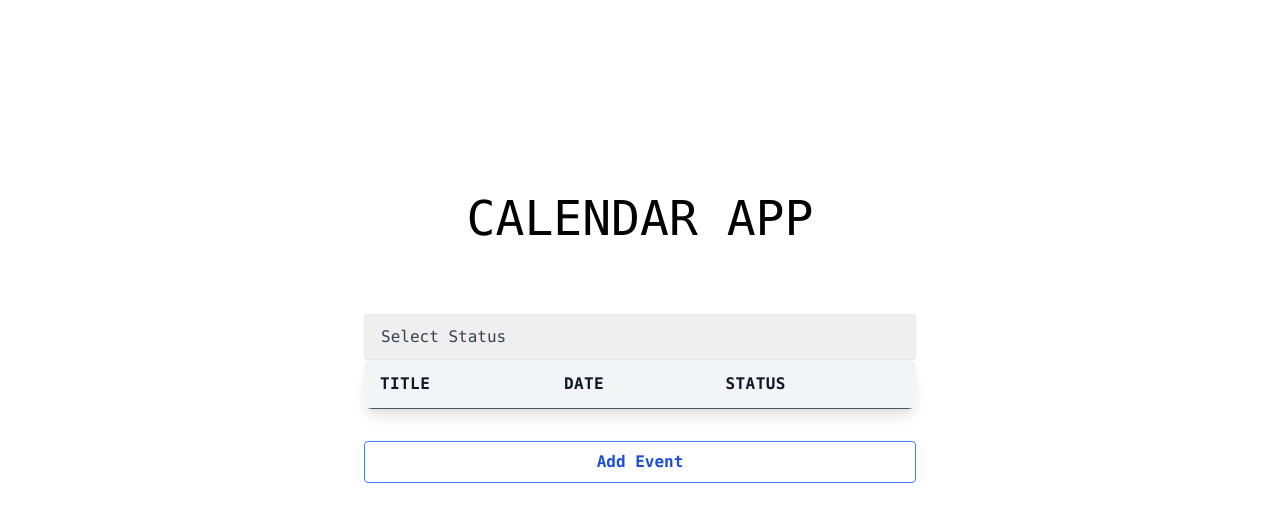
Repository: maikeru-desu/parking-lot
Page: / (app in parking-lot-fe/)
These files come from the project's save history. The page is drawn as it stood at one moment and after a run of saves; the edit follows.
The browser window is 1280 px wide. The pictures show the whole page.
The page's requests for data from a server got no answer. The project was rebuilt for these pictures with package versions that can differ from the ones it lists, and the page was loaded fresh each time. No one was signed in, and anything a server would have sent is missing. Also part of the build but not shown: parking-lot-fe/craco.config.js, parking-lot-fe/src/pages/Add.js, parking-lot-fe/src/pages/Edit.js.

Above is the page before, as saved 2021-10-14 08:25:12.

After the next 2 saves:
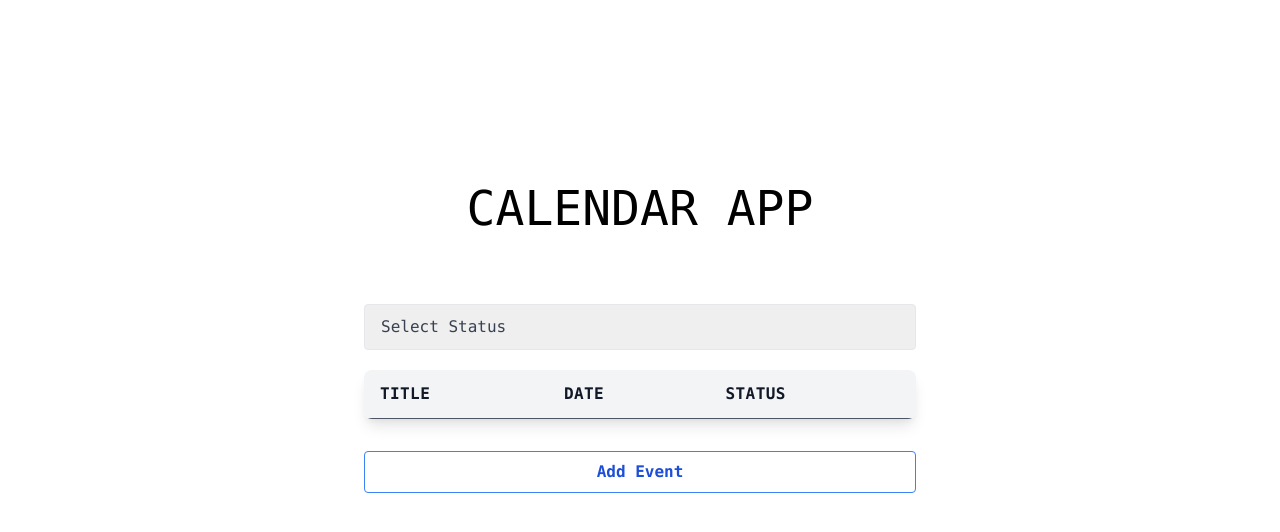
The 2 saves are shown as one change because they came seconds apart.
The last was saved 14 s later.
--- a/parking-lot-fe/src/pages/Home.js
+++ b/parking-lot-fe/src/pages/Home.js
@@ -26,7 +26,7 @@ const Home = () => {
                     name="status"
                     // value={status}
                     // onChange={handleChange}
-                    className="col-span-4 block appearance-none w-full border border-gray-200 text-gray-700 py-3 px-4 pr-8 rounded leading-tight focus:outline-none focus:bg-white focus:border-gray-500">
+                    className="mb-5 col-span-4 block appearance-none w-full border border-gray-200 text-gray-700 py-3 px-4 pr-8 rounded leading-tight focus:outline-none focus:bg-white focus:border-gray-500">
                     <option>Select Status</option>
                     <option value="0">Pending</option>
                     <option value="2">Ongoing</option>
